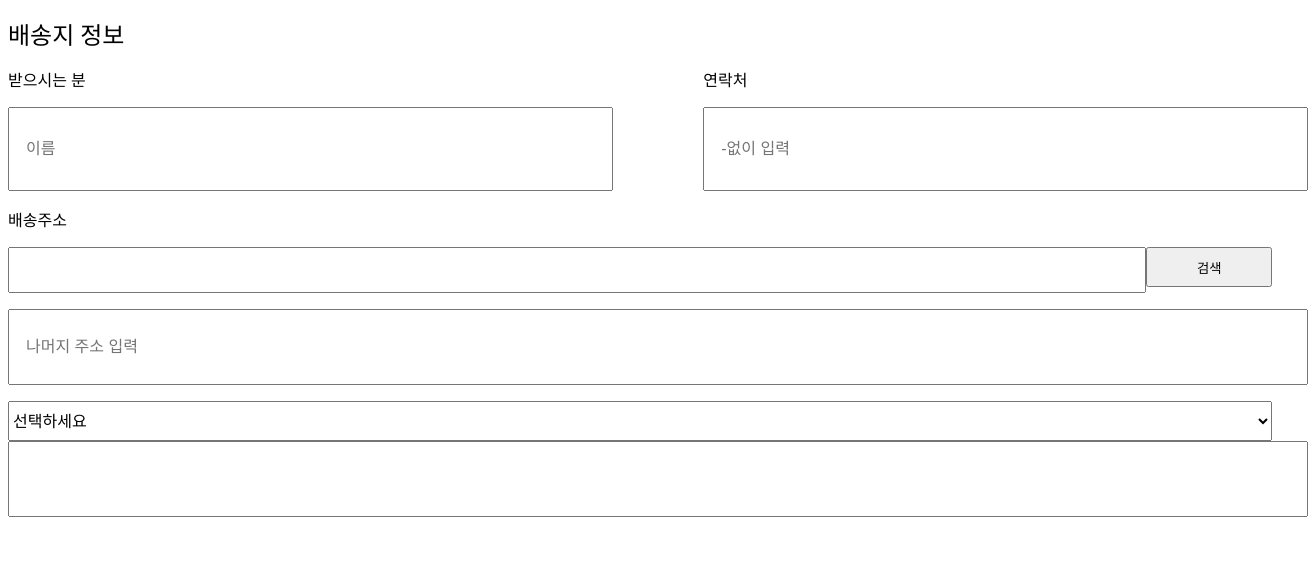
Repository: seungsu12/carrot
Page: http://localhost/carrot/orderform_second.jsp
An editor plug-in stored every save of this project. The page is shown before and after the next save, followed by the edit.
The browser window is 1280 px wide. The page is 1308 px wide, so the pictures cover 1308 px, including what lies to the right of the window. The pictures show the whole page.
The page is served by Tomcat 9.

Above is the page before, as saved 2021-10-03 04:29:03.

After the next save:
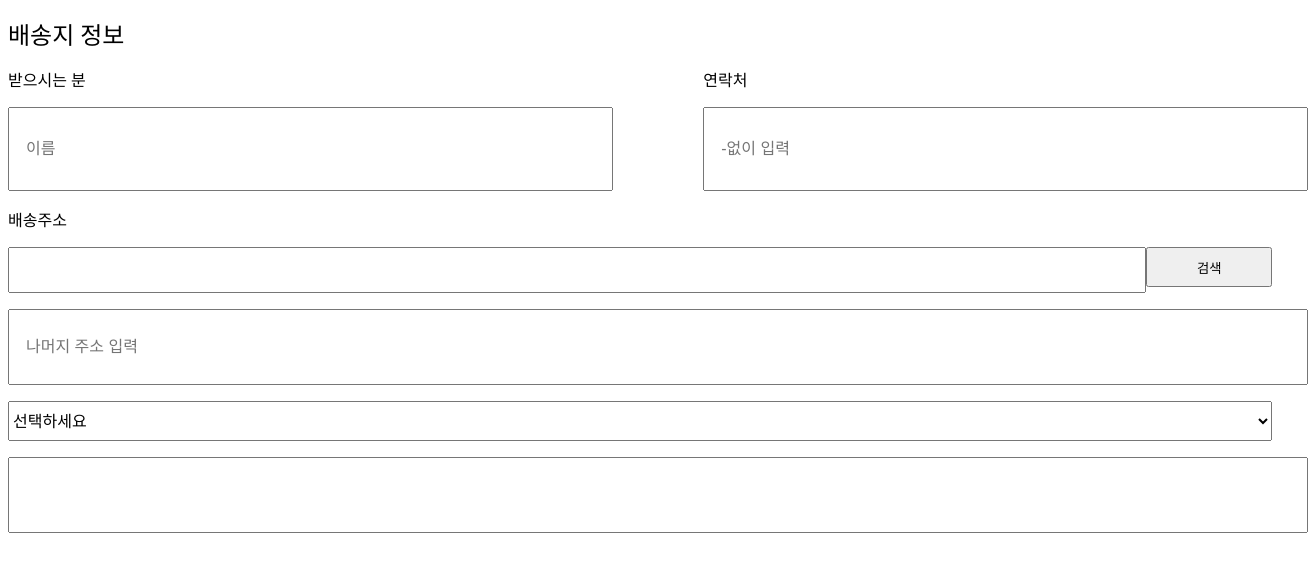
Saved 19 s later.
--- a/carrot/WebContent/orderform_second.jsp
+++ b/carrot/WebContent/orderform_second.jsp
@@ -60,6 +60,7 @@
 
 	}
 	#hide_input{
+		margin-top : 1rem;
 		width: 100%;
 		height: 2.5rem;
     	font-size: 1rem;
